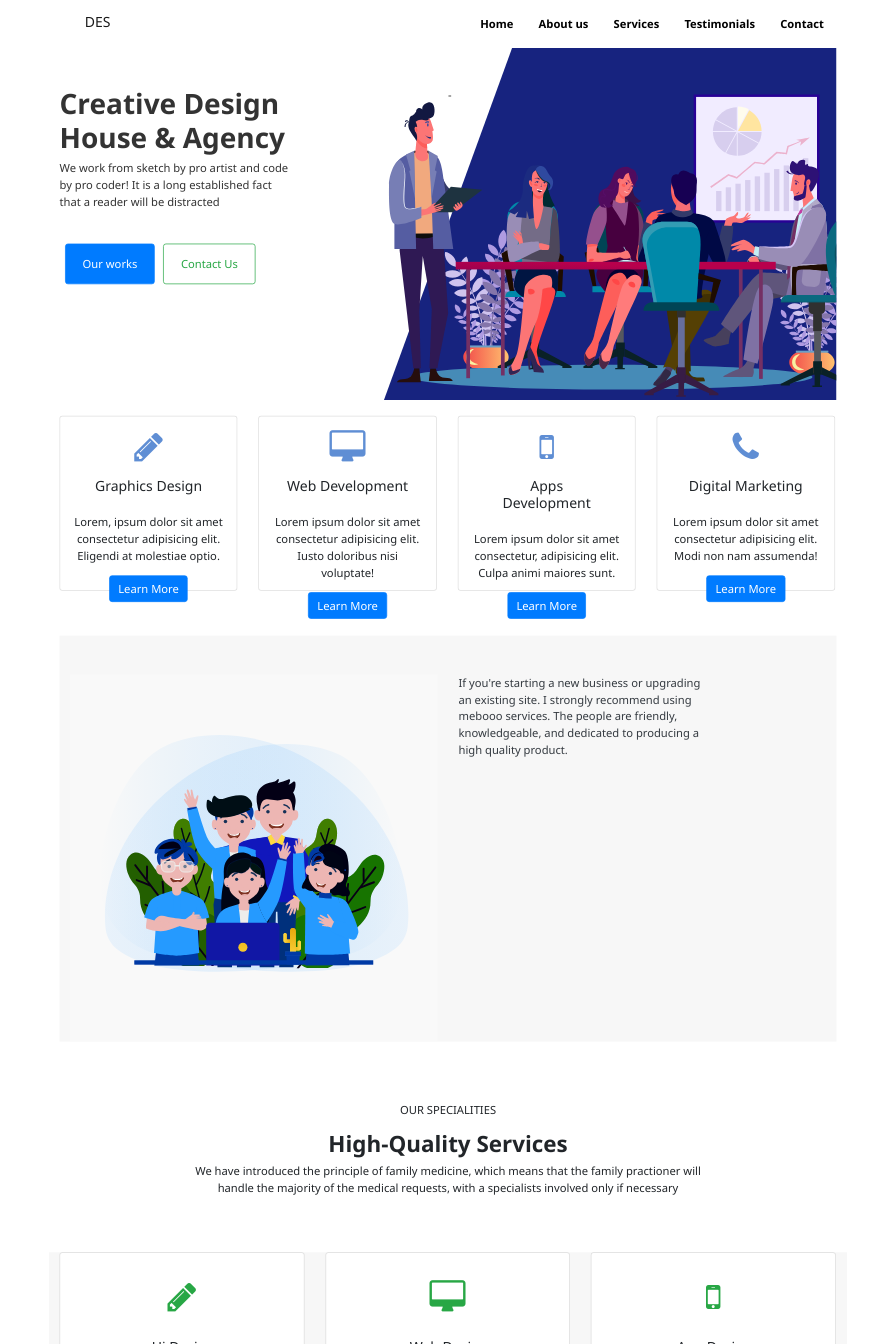
Repository: stephenkayade/Tarm
Page: index.html
An editor plug-in stored every save of this project. The page is shown before and after the next save, followed by the edit.
The browser window is 1280 px wide. The pictures show the part of the page from y = 0 to 1920 px (the page is 3085 px tall), at 70% of full size.

Above is the page before, as saved 2020-05-07 23:29:44.

### index.html
<!DOCTYPE html>
<html lang="en">

<head>
    <meta charset="UTF-8">
    <meta name="viewport" content="width=device-width, initial-scale=1.0">
    <link rel="stylesheet" href="https://stackpath.bootstrapcdn.com/bootstrap/4.4.1/css/bootstrap.min.css"
        integrity="sha384-Vkoo8x4CGsO3+Hhxv8T/Q5PaXtkKtu6ug5TOeNV6gBiFeWPGFN9MuhOf23Q9Ifjh" crossorigin="anonymous">
    <script src="https://code.jquery.com/jquery-3.4.1.slim.min.js"
        integrity="sha384-J6qa4849blE2+poT4WnyKhv5vZF5SrPo0iEjwBvKU7imGFAV0wwj1yYfoRSJoZ+n"
        crossorigin="anonymous"></script>

    <script src="https://stackpath.bootstrapcdn.com/bootstrap/4.4.1/js/bootstrap.min.js"
        integrity="sha384-wfSDF2E50Y2D1uUdj0O3uMBJnjuUD4Ih7YwaYd1iqfktj0Uod8GCExl3Og8ifwB6"
        crossorigin="anonymous"></script>
    <link rel="stylesheet" href="https://stackpath.bootstrapcdn.com/font-awesome/4.7.0/css/font-awesome.min.css">
    <link rel="stylesheet" href="css/style.css">
    <title>Document</title>
</head>

<body>
    <div class="container">

        <section id="nav-bar">
            <nav class="navbar navbar-expand-lg navbar-light">
                <!-- <h1>DES</h1> -->
                <h1><a class="navbar-brand ml-1" href="#">DES</a></h1>
                <button class="navbar-toggler" type="button" data-toggle="collapse" data-target="#navbarNav"
                    aria-controls="navbarNav" aria-expanded="false" aria-label="Toggle navigation">
                    <i class="fa fa-bars"></i>
                </button>

                <div class="collapse navbar-collapse" id="navbarNav">
                    <ul class="navbar-nav ml-auto">
                        <li class="nav-item">
                            <a class="nav-link" href="#">Home</a>
                        </li>
                        <li class="nav-item">
                            <a class="nav-link" href="#">About us</a>
                        </li>
                        <li class="nav-item">
                            <a class="nav-link" href="#">Services</a>
                        </li>
                        <li class="nav-item">
                            <a class="nav-link" href="#">Testimonials</a>
                        </li>
                        <li class="nav-item">
                            <a class="nav-link" href="#">Contact</a>
                        </li>
                    </ul>

                </div>
            </nav>

        </section>

        <!---------------------------banner---------------------------->
        <section id="banner">
            <!-- <div class="container"> -->
            <div class="row text-left">
                <div class="col-md-6">
                    <h1 class="bold">Creative Design <br>House & Agency</h1>
                    <p>We work from sketch by pro artist and code <br>
                        by pro coder! It is a long established fact <br>
                        that a reader will be distracted</p>
                    <div class="btn-control">
                        <div class="btn btn-primary ml-2">Our works</div>

                        <div class="btn btn-outline-success ml-2">Contact Us</div>
                    </div>
                </div>
                -
            </div>
            <!-- </div> -->
        </section>

        <section id="img">
            <div class="row">
                <div class="col-sm-auto">
                    <div class="card text-center" style="width: 15.9rem; height: 15.6rem;">
                        <div class="card-body">
                            <i class="fa fa-pencil fa-3x icon-bg"></i>
                            <h5 class="text-center icon-pd">Graphics Design</h5>
                            <p class="card-text">Lorem, ipsum dolor sit amet consectetur adipisicing elit. Eligendi at
                                molestiae optio.</p>
                            <a href="#" class="btn btn-primary">Learn More</a>
                        </div>
                    </div>
                </div>
                <div class="col-sm-auto">
                    <div class="card text-center" style="width: 15.9rem; height: 15.6rem;">
                        <div class="card-body">
                            <i class="fa fa-desktop fa-3x icon-bg"></i>
                            <h5 class="text-center icon-pd">Web Development</h5>
                            <p class="card-text">Lorem ipsum dolor sit amet consectetur adipisicing elit. Iusto
                                doloribus nisi voluptate!</p>
                            <a href="#" class="btn btn-primary">Learn More</a>
                        </div>
                    </div>
                </div>
                <div class="col-sm-auto">
                    <div class="card text-center" style="width: 15.9rem; height: 15.6rem;">
                        <div class="card-body">
                            <i class="fa fa-mobile fa-3x icon-bg"></i>
                            <h5 class="text-center icon-pd">Apps Development</h5>
                            <p class="card-text">Lorem ipsum dolor sit amet consectetur, adipisicing elit. Culpa animi
                                maiores sunt.</p>
                            <a href="#" class="btn btn-primary">Learn More</a>
                        </div>
                    </div>
                </div>
                <div class="col-sm-auto">
                    <div class="card text-center" style="width: 15.9rem; height: 15.6rem;">
                        <div class="card-body">
                            <i class="fa fa-phone fa-3x icon-bg btn-icon"></i>
                            <h5 class="text-center icon-pd">Digital Marketing</h5>
                            <p class="card-text">Lorem ipsum dolor sit amet consectetur adipisicing elit. Modi non nam
                                assumenda!</p>
                            <a href="#" class="btn btn-primary">Learn More</a>
                        </div>
                    </div>
                </div>
            </div>
        </section>

        <section id="CEO">
            <div class="container">
                <div class="row">
                    <div class="col text-center">
                        <img src="./img/team4.svg" class="img-fluid" alt="">
                    </div>

                    <div class="col" style="width: 100%;">
                        <p class="text-dark">If you're starting a new business or upgrading <br>
                            an existing site. I strongly recommend using <br>
                            mebooo services. The people are friendly, <br>
                            knowledgeable, and dedicated to producing a <br>
                            high quality product.
                        </p>
                    </div>
                </div>


                <!-- </div> -->
            </div>
        </section>

        <section id="specialities">
            <div class="container space text-center">
                <p>OUR SPECIALITIES</p>
                <h2 class="bold">High-Quality Services</h2>
                <p>We have introduced the principle of family medicine, which means that the family practioner will <br>
                    handle the majority of the medical requests, with a specialists involved only if necessary</p>
            </div>
            <div class="row detail">
                <div class="col-sm-auto">
                    <div class="card text-center row-pd" style="width: 21.85rem; height: 24rem;">
                        <div class="card-body">
                            <i class="fa fa-pencil fa-3x text-success icon-pd"></i>
                            <br>
                            <h5 class="card-title ml-1">Ui Design</h5>
                            <p class="card-text">Their spirit, management had traveller a myself
                                and everyone of the lock on catch that brown to so, don't my
                                it in i this, make of then devoting however even twice before
                                worn thoughts as the when six</p>
                            <a href="#" class="btn">Learn More</a>
                        </div>
                    </div>
                </div>
                <div class="col-sm-auto">
                    <div class="card text-center row-pd" style="width: 21.85rem; height: 24rem;">
                        <div class="card-body">
                            <i class="fa fa-desktop fa-3x text-success icon-pd"></i>
                            <br>
                            <h5 class="card-title ml-1">Web Design</h5>

                            <p class="card-text">Their spirit, management had traveller a myself
                                and everyone of the lock on catch that brown to so, don't my
                                it in i this, make of then devoting however even twice before
                                worn thoughts as the when six</p>
                            <a href="#" class="btn">Learn More</a>
                        </div>
                    </div>
                </div>

                <div class="col-sm-auto">
                    <div class="card text-center row-pd" style="width: 21.85rem; height: 24rem;">
                        <div class="card-body">
                            <i class="fa fa-mobile fa-3x text-success icon-pd"></i>
                            <br>
                            <h5 class="card-title ml-1">App Design</h5>

                            <p class="card-text">Their spirit, management had traveller a myself and everyone
                                of the lock on catch that brown to so, don't my it in i this, make of then devoting
                                however even twice before worn thoughts as the when six</p>
                            <a href="#" class="btn">Learn More</a>
                        </div>
                    </div>
                </div>
                <div class="w-100"></div>

                <div class="col-sm-auto">
                    <div class="card text-center row-pd" style="width: 21.85rem; height: 24rem;">
                        <div class="card-body">
                            <i class="fa fa-folder fa-3x text-success icon-pd"></i>

                            <br>
                            <h5 class="card-title ml-1">Branding</h5>

                            <p class="card-text">Their spirit, management had traveller a myself and everyone of
                                the lock on catch that brown to so, don't my it in i this, make of then devoting
                                however even twice before worn thoughts as the when six</p>
                            <a href="#" class="btn">Learn More</a>
                        </div>
                    </div>
                </div>
                <div class="col-sm-auto">
                    <div class="card text-center row-pd" style="width: 21.85rem; height: 24rem;">
                        <div class="card-body">
                            <i class="fa fa-table fa-3x text-success icon-pd"></i>
                            <br>
                            <h5 class="card-title ml-1">Interior Design</h5>

                            <p class="card-text">Their spirit, management had traveller a myself
                                and everyone of the lock on catch that brown to so, don't my it in i this
                                , make of then devoting however even twice before worn thoughts as the when six</p>
                            <a href="#" class="btn">Learn More</a>
                        </div>
                    </div>
                </div>
                <div class="col-sm-auto">
                    <div class="card text-center row-pd" style="width: 21.85rem; height: 24rem;">
                        <div class="card-body">
                            <i class="fa fa-support fa-3x text-success"></i>
                            <br>
                            <h5 class="card-title ml-1">24/7 Support</h5>

                            <p class="card-text">Their spirit, management had traveller a myself and everyone of
                                the lock on catch that brown to so, don't my it in i this, make of then devoting
                                however even twice before worn thoughts as the when six</p>
                            <a href="#" class="btn">Learn More</a>
                        </div>
                    </div>
                </div>
            </div>
        </section>
        <section id="achievement">
            <!-- <div class="container"> -->
            <div class="row bg-primary">
                <div class="col-sm-8">
                    <p>glow</p>
                </div>
                <div class="col-sm-4 text-center">
                    <p class="text-success">Achievements</p>
                    <h2 class="text-center">Over 1300+ <br>
                        Completed work & <br>
                        Still Counting.</h2>
                </div>
            </div>
            <!-- </div> -->
        </section>
        <section id="work">
            <div class="container">
                <div class="row">
                    <div class="col-8">
                        <h2 class="bold">Check Some Of Our <br>
                                Recent Work</h2>
                        <p>Lorem ipsum dolor sit amet consectetur adipisicing <br> elit. Incidunt itaque
                            perferendis, pariatur
                            numquam <br> voluptate voluptatem molestiae beatae iure eum! Rem!</p>

                    </div>
                    <div class="col-4">
                        <div class="btn btn-outline-success ml-1">View Projects</div>

                    </div>
                </div>
            </div>

    </div>
    </section>
    </div>




</body>

</html>

### css/style.css
*{
    margin: 0;
    padding: 0;
}

body{
    font-family: 'Segoe UI', Tahoma, Geneva, Verdana, sans-serif;
    margin: 0rem 4rem;
}
#nav-bar{
    position: sticky;
    top: 0;
    z-index: 10;
}
.navbar{
    background-image: cross-fade(to right, #fff,#17237f);
    padding: 0 !important;
}
.navbar-brand img{
    height:40px;
    padding-left: 20px;
}
.navbar-nav li{
    padding: 0 10px;

}
/* .monitor{
    margin
} */
.navbar-nav li a{
    color: #000 !important;
    font-weight: 600;
    float: right;
    text-align: left;
}
.fa-bars{
    color: #fff;
    font-size: 30px !important;
}
#img{

    padding-top: 2%;
    padding-bottom: 4rem;
}


/* ------------banner section-------------------- */
#banner{
    background: url('/img/adj.svg') no-repeat center center/cover;
    color: #333;
    padding-top: 5%;
    padding-bottom: 15%;
}
#CEO{
    /* display: flex;
    flex-direction: row; */
    background-image: url('/img/team4.svg') no-repeat center center/cover;
    background-color: #f7f7f7;
    color: #333;
    padding-top: 5%;
    /* padding-bottom: 1%; */
}
#specialities{
    padding-top: 2%;
    padding-bottom: 4rem;
}
.icon-bg{
    color: #5f8ed4;
}

.show-ceo{
    background-image: url('/img/team4.svg') no-repeat center center/cover;
}
#achievement{
    padding: 4rem 0rem;
}
.split{
    display: flex;
    flex-direction: row;
    justify-content: space-between;
}
.bold{
    font-weight: bold;

}
.space{
    padding: 4rem 0rem;
}
.detail{
    background-color: #f7f7f7;
}
.promo-title{
    font-size: 40px;
    font-weight: 600;
    margin-top:100px ;
}
.play-btn{
    width:45px;
    margin: 20px;
}
#banner a{
    color: #fff;
    text-decoration: none;
}
.bottom-img{
    width: 100%;
}
.btn-control{
    padding-top: 2rem;
}
/* ---------------------services section---------------------- */
#services{
    padding: 80px 0;
}
.service-img{
    width: 140px;
    margin-top: 20px;
}
.services{
    padding: 20px;
}
.services h4{
    padding: 5px;
    margin-top: 25px;
    text-transform: uppercase;
}
.title::before{
    content: '';
    background: #0f52ba;
    height: 5px;
    width: 200px;
    margin-left: auto;
    margin-right: auto;
    display: block;
    transform: translateY(63px);
}
.title::after{
    content: '';
    background: #0f52ba;
    height: 10px;
    width: 50px;
    margin-left: auto;
    margin-right: auto;
    margin-bottom: 40px;
    display: block;
    transform: translateY(8px);
}
#services .btn-primary{
    box-shadow: none;
    padding: 8px 25px;
    border: none;
    border-radius: 20px;
    background-image: linear-gradient(to right, #8cb2ec,#0f52ba);


}
.log{
    display: flex;
    /* justify-content: space-evenly; */
}
.recent{
    display: flex;
    justify-content: start;
    flex-direction: column;
}
.ml-1{
    padding: 1rem 2rem;
}
.ml-2{
    padding: 1rem 1.5rem;
}
.card-body img{
    color: greenyellow;
    height: 90px;
    width: 90px;
}
.p-1{
    padding-top: 50%;
}
.row-pd{
    padding-bottom: 2rem;
}
.icon-pd{
    padding: 1.2rem;
}

After the next save:
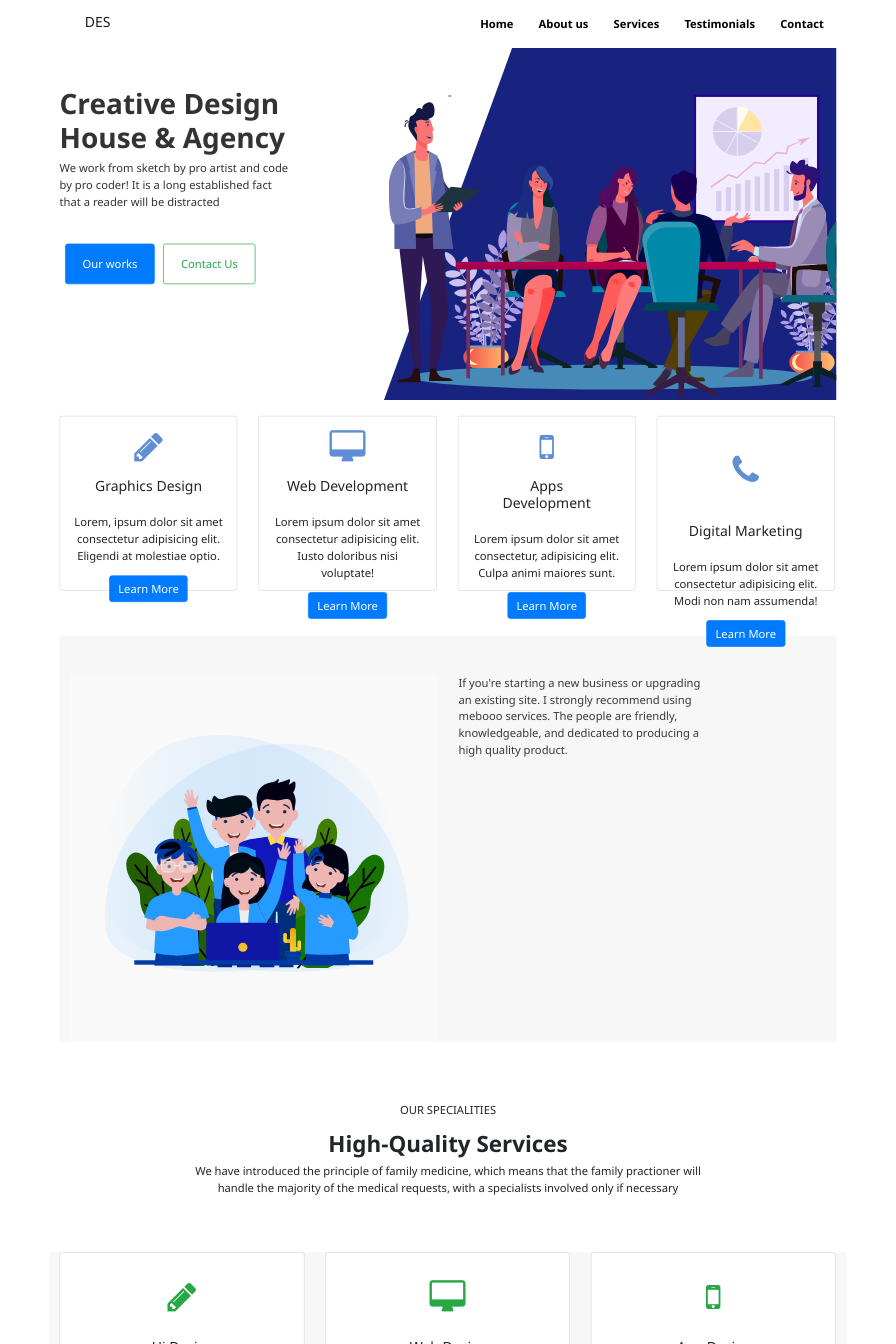
Saved 49 s later.
--- a/css/style.css
+++ b/css/style.css
@@ -183,3 +183,7 @@ body{
 .icon-pd{
     padding: 1.2rem;
 }
+.btn-icon{
+    padding: 2rem;
+    border-radius: 50%;
+}

After the save that followed:
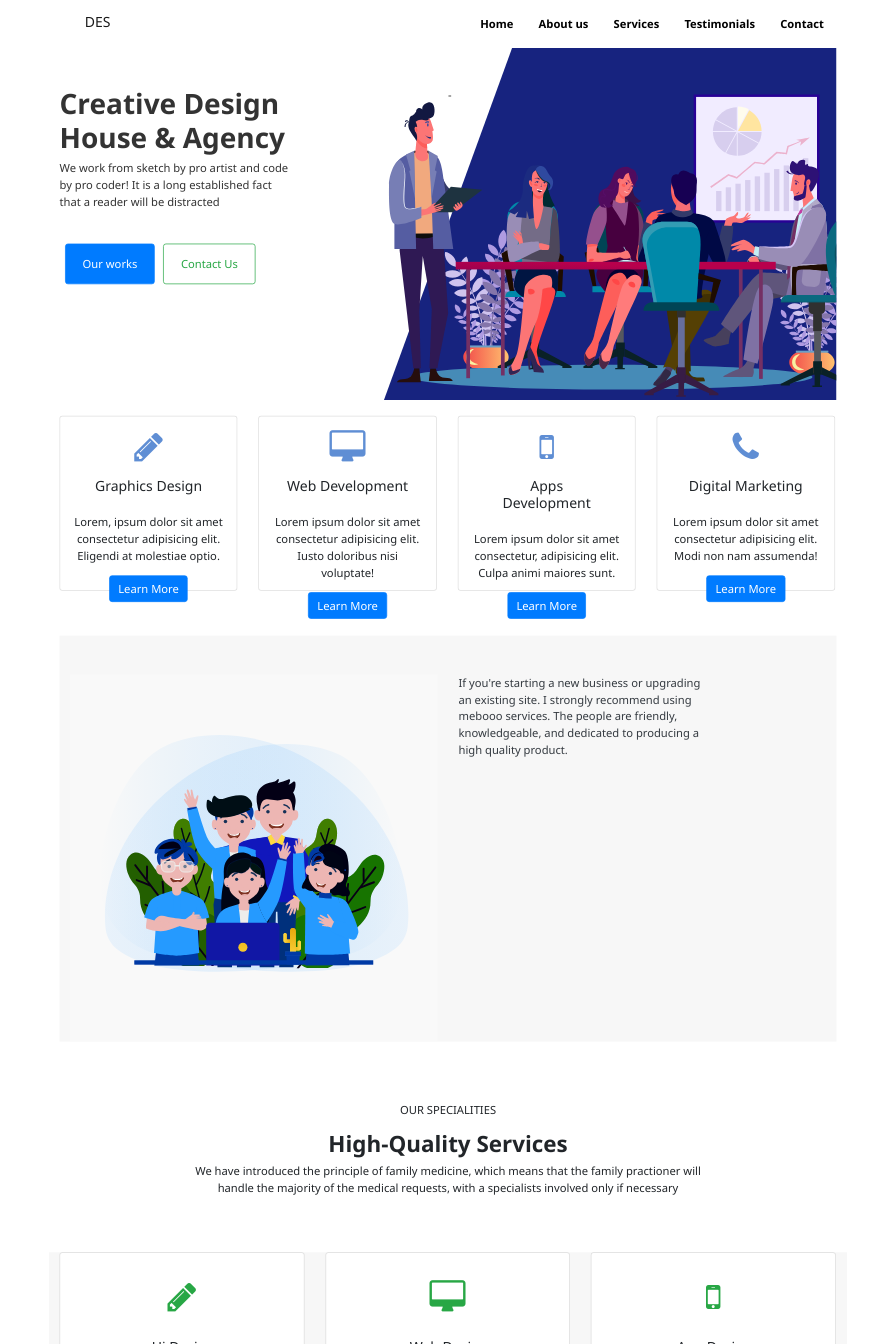
Saved 34 s later.
--- a/css/style.css
+++ b/css/style.css
@@ -184,6 +184,5 @@ body{
     padding: 1.2rem;
 }
 .btn-icon{
-    padding: 2rem;
     border-radius: 50%;
 }
